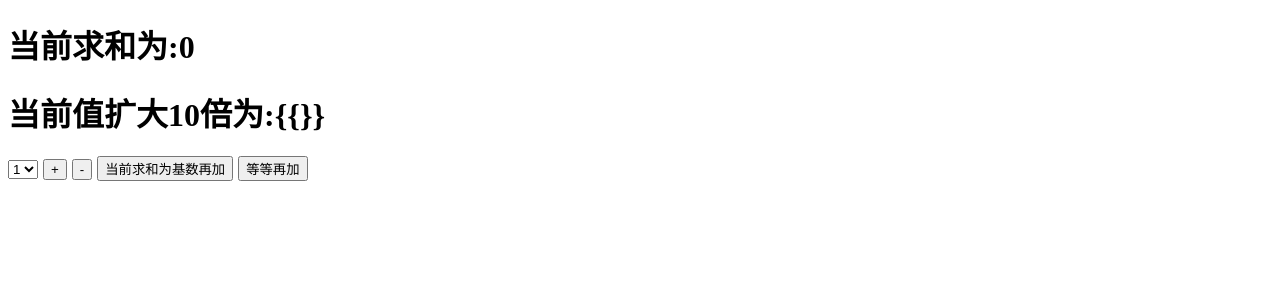
Repository: ldqml/vue.test
Page: / (app in vuexx/)
An editor plug-in stored every save of this project. The page is shown before and after the next save, followed by the edit.
The browser window is 1280 px wide. The pictures show the whole page.
The project was rebuilt for these pictures with package versions that can differ from the ones it lists, and the page was loaded fresh each time. Also part of the build but not shown: vuexx/vue.config.js.

Above is the page before, as saved 2022-08-20 23:36:00.

After the next save:
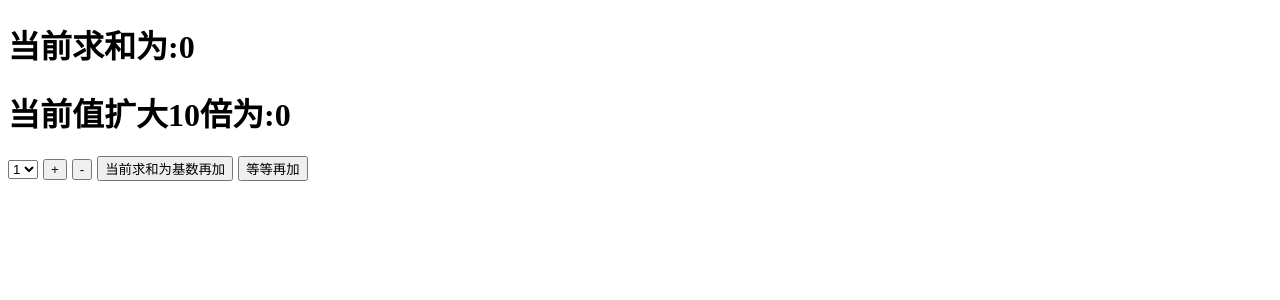
Saved 22 min 13 s later.
--- a/vuexx/src/components/SumAdd.vue
+++ b/vuexx/src/components/SumAdd.vue
@@ -1,7 +1,7 @@
 <template>
   <div>
     <h1>当前求和为:{{sum}}</h1>
-    <h1>当前值扩大10倍为:{{}}</h1>
+    <h1>当前值扩大10倍为:{{$store.getters.Bigsum}}</h1>
     <select v-model.number="n">
         <option value="1">1</option>
         <option value="2">2</option>
